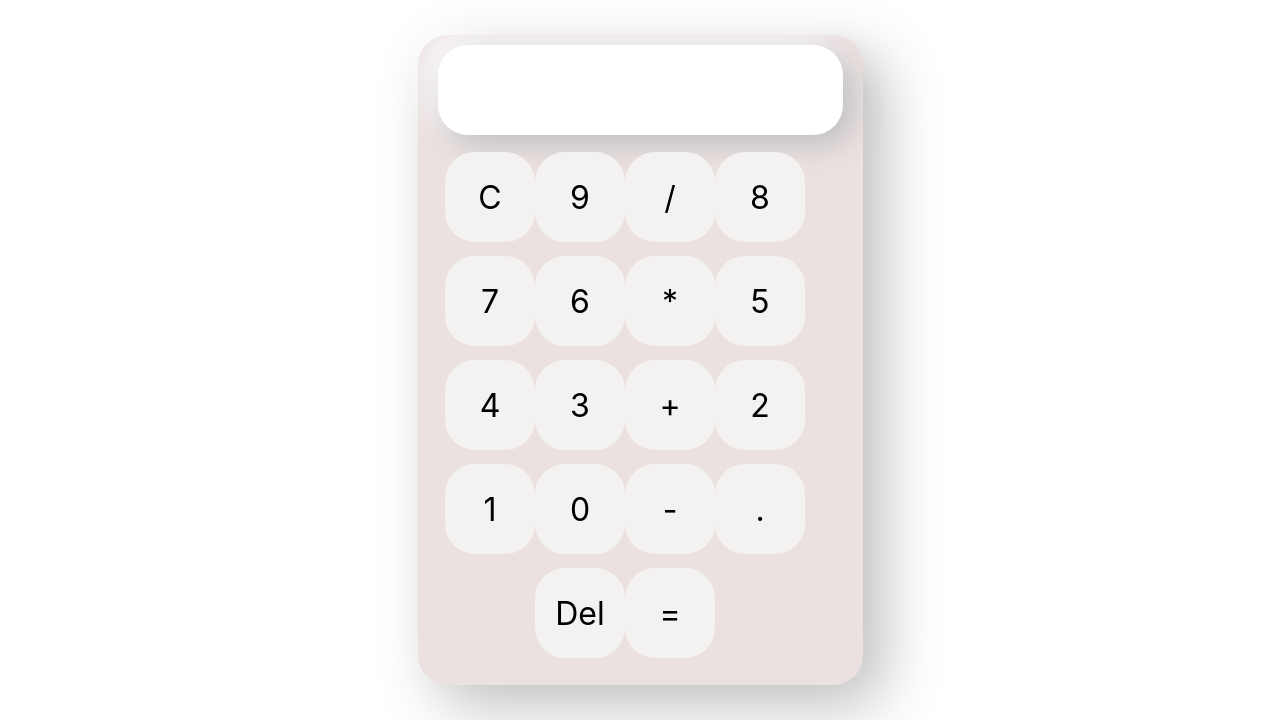
Repository: janidulnkg1/react-prac
Page: / (app in calculator/)
An editor plug-in stored every save of this project. The page is shown before and after the next save, followed by the edit.
The browser window is 1280 px wide. The pictures show the whole page.
The project was rebuilt for these pictures with package versions that can differ from the ones it lists, and the page was loaded fresh each time. Also part of the build but not shown: calculator/src/App.css.

Above is the page before, as saved 2023-09-15 11:08:37.

After the next save:
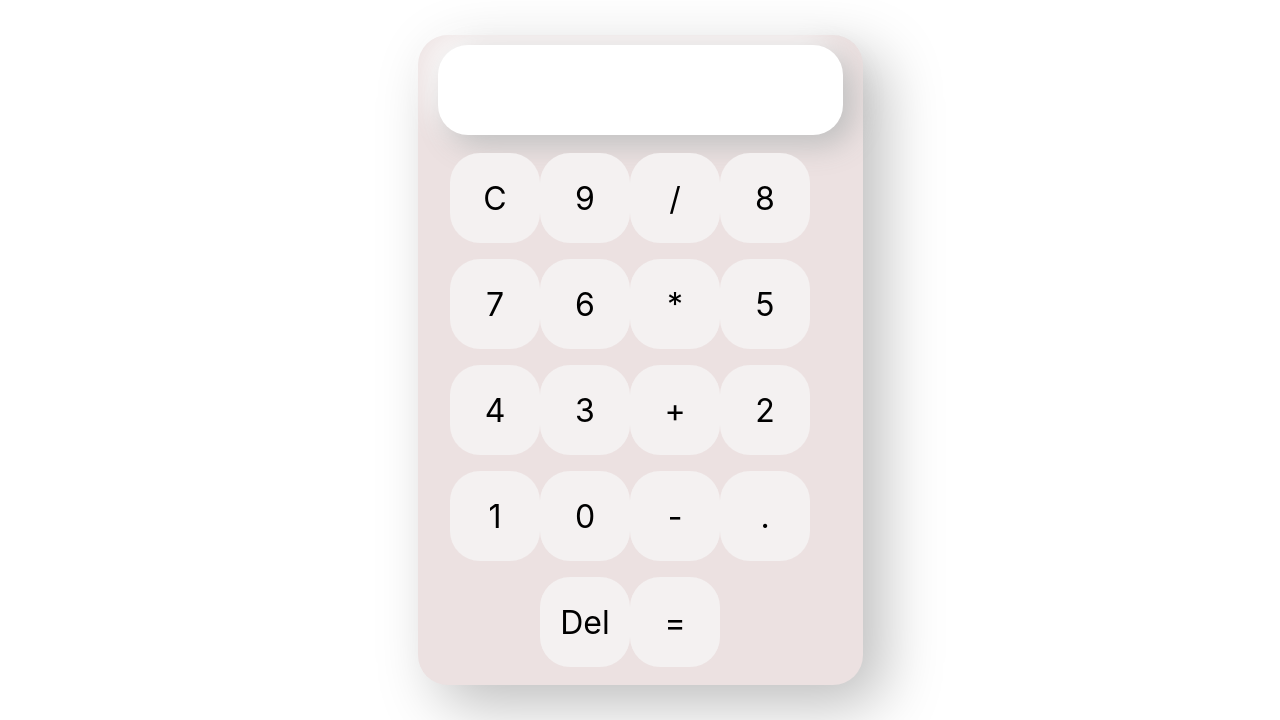
Saved 5 s later.
--- a/calculator/src/components/Home.module.css
+++ b/calculator/src/components/Home.module.css
@@ -45,8 +45,8 @@
 }
 
 .btns{
-    height: 520px;
-    width: 415px;
+    height: 530px;
+    width: 425px;
     display: flex;
     flex-flow: row wrap;
     justify-content: center;
